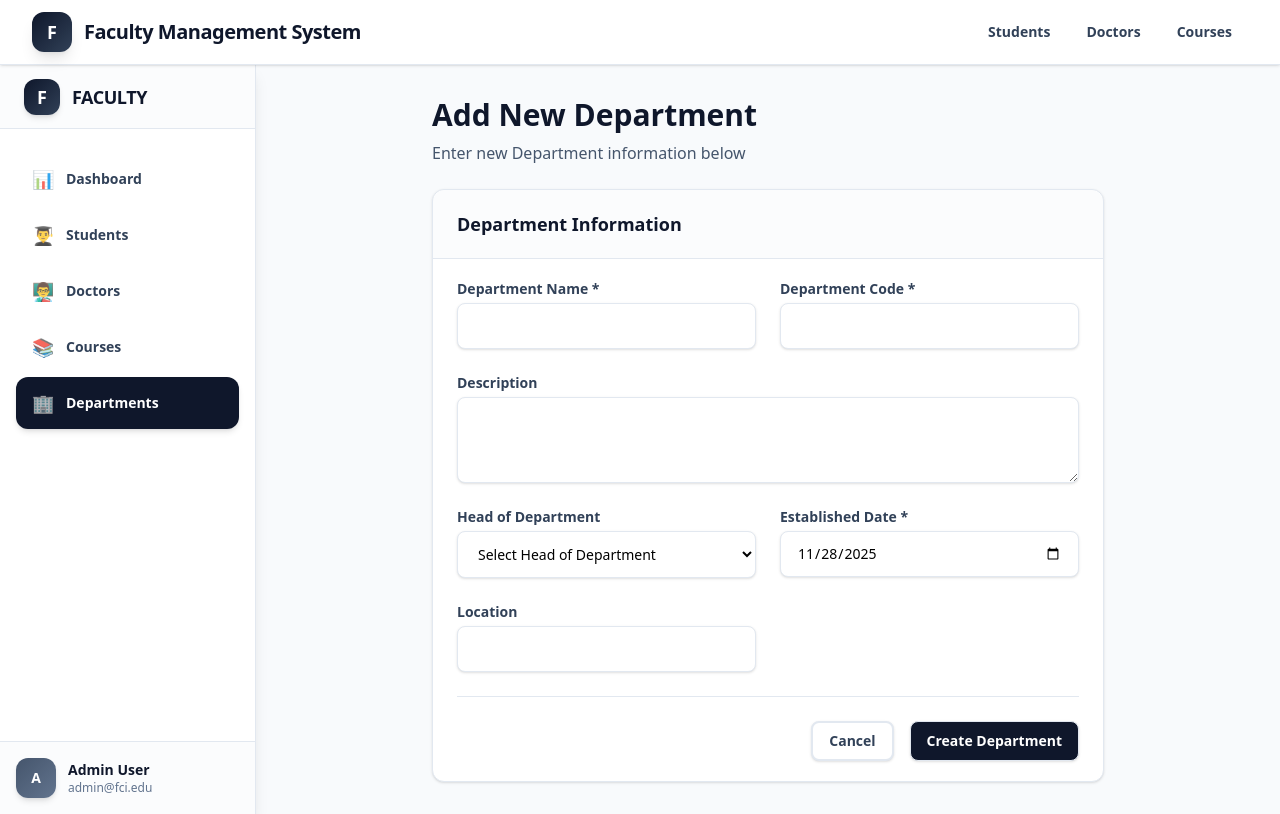
Repository: Mohamedmohsen179/Advanced-DB-Task
Page: /departments/new (app in frontend/)
These files come from the project's save history. The page is drawn as it stood at one moment and after the next save; the edit follows.
The browser window is 1280 px wide. The pictures show the whole page.
The page's requests for data from a server got no answer. The project was rebuilt for these pictures with package versions that can differ from the ones it lists, and the page was loaded fresh each time. The framework's server and built-in components were replaced by stand-ins that run in the browser. No one was signed in, and anything a server would have sent is missing. Also part of the build but not shown: frontend/next.config.ts.

Above is the page before, as saved 2025-11-29 01:30:25.

### frontend/app/layout.tsx
import type { Metadata } from "next";
import { Geist, Geist_Mono } from "next/font/google";
import "./globals.css";
import MainLayout from "../components/layout/MainLayout";

const geistSans = Geist({
  variable: "--font-geist-sans",
  subsets: ["latin"],
});

const geistMono = Geist_Mono({
  variable: "--font-geist-mono",
  subsets: ["latin"],
});

export const metadata: Metadata = {
  title: "University Management System",
  description: "A comprehensive university management system built with Next.js and TypeScript",
};

export default function RootLayout({
  children,
}: Readonly<{
  children: React.ReactNode;
}>) {
  return (
    <html lang="en">
      <body
        className={`${geistSans.variable} ${geistMono.variable} antialiased`}
      >
        <MainLayout>{children}</MainLayout>
      </body>
    </html>
  );
}

### frontend/app/departments/new/page.tsx
'use client';

import { useState, useEffect } from 'react';
import { useRouter } from 'next/navigation';
import { CreateDepartmentRequest } from '../../../types';
import { apiService } from '../../../services/api';
import { Card, CardContent, CardHeader } from '../../../components/ui/Card';
import Button from '../../../components/ui/Button';

export default function NewDepartmentPage() {
  const router = useRouter();
  const [loading, setLoading] = useState(false);
  const [error, setError] = useState<string | null>(null);
  const [doctors, setDoctors] = useState<{ id: string; firstName: string; lastName: string }[]>([]);

  const [formData, setFormData] = useState<CreateDepartmentRequest>({
    name: '',
    code: '',
    description: '',
    headOfDepartmentId: '',
    establishedDate: new Date().toISOString().split('T')[0],
    location: '',
    phoneNumber: '',
    email: '',
    website: '',
    budget: undefined,
  });

  useEffect(() => {
    loadDoctors();
  }, []);

  const loadDoctors = async () => {
    try {
      const response = await apiService.getDoctors();
      if (response.success) {
        setDoctors(response.data.map(d => ({ id: d.id, firstName: d.firstName, lastName: d.lastName })));
      }
    } catch (err) {
      console.error('Error loading doctors:', err);
    }
  };

  const handleInputChange = (e: React.ChangeEvent<HTMLInputElement | HTMLSelectElement | HTMLTextAreaElement>) => {
  };

  const handleSubmit = async (e: React.FormEvent) => {
    e.preventDefault();
    setLoading(true);
    setError(null);

    try {
      const response = await apiService.createDepartment(formData);

      if (response.success) {
        router.push('/departments');
      } else {
        setError('Failed to create the new Department');
      }
    } catch (err) {
      setError('An error occurred while creating the Department');
      console.error('Error creating Department:', err);
    } finally {
      setLoading(false);
    }
  };

  return (
    <div className="max-w-2xl mx-auto">
      <div className="mb-6">
        <h1 className="text-3xl font-bold text-slate-900">Add New Department</h1>
        <p className="mt-2 text-base text-slate-600">
          Enter new Department information below
        </p>
      </div>

      {error && (
        <div className="mb-6 bg-red-50 border border-red-200 rounded-md p-4">
          <div className="flex">
            <div className="flex-shrink-0">
              <svg className="h-5 w-5 text-red-400" viewBox="0 0 20 20" fill="currentColor">
                <path fillRule="evenodd" d="M10 18a8 8 0 100-16 8 8 0 000 16zM8.707 7.293a1 1 0 00-1.414 1.414L8.586 10l-1.293 1.293a1 1 0 101.414 1.414L10 11.414l1.293 1.293a1 1 0 001.414-1.414L11.414 10l1.293-1.293a1 1 0 00-1.414-1.414L10 8.586 8.707 7.293z" clipRule="evenodd" />
              </svg>
            </div>
            <div className="ml-3">
              <h3 className="text-sm font-medium text-red-800">Error</h3>
              <div className="mt-2 text-sm text-red-700">
                <p>{error}</p>
              </div>
            </div>
          </div>
        </div>
      )}

      <Card>
        <CardHeader>
          <h2 className="text-lg font-semibold text-slate-900">Department Information</h2>
        </CardHeader>
        <CardContent>
          <form onSubmit={handleSubmit} className="space-y-6">
            <div className="grid grid-cols-1 md:grid-cols-2 gap-6">
              <div>
                <label htmlFor="name" className="block text-sm font-semibold text-slate-700">
                  Department Name *
                </label>
                <input
                  type="text"
                  id="name"
                  name="name"
                  required
                  value={formData.name}
                  onChange={handleInputChange}
                  className="text-black mt-1 block w-full border border-slate-300 rounded-lg px-4 py-3 text-sm focus:outline-none focus:ring-2 focus:ring-slate-500 focus:border-slate-500 transition-all duration-200 bg-white shadow-sm"
                />
              </div>

              <div>
                <label htmlFor="code" className="block text-sm font-semibold text-slate-700">
                  Department Code *
                </label>
                <input
                  type="text"
                  id="code"
                  name="code"
                  required
                  value={formData.code}
                  onChange={handleInputChange}
                  className="text-black mt-1 block w-full border border-slate-300 rounded-lg px-4 py-3 text-sm focus:outline-none focus:ring-2 focus:ring-slate-500 focus:border-slate-500 transition-all duration-200 bg-white shadow-sm"
                />
              </div>

              <div className="md:col-span-2">
                <label htmlFor="description" className="block text-sm font-semibold text-slate-700">
                  Description
                </label>
                <textarea
                  id="description"
                  name="description"
                  rows={3}
                  value={formData.description}
                  onChange={handleInputChange}
                  className="text-black mt-1 block w-full border border-slate-300 rounded-lg px-4 py-3 text-sm focus:outline-none focus:ring-2 focus:ring-slate-500 focus:border-slate-500 transition-all duration-200 bg-white shadow-sm"
                />
              </div>

              <div>
                <label htmlFor="headOfDepartmentId" className="block text-sm font-semibold text-slate-700">
                  Head of Department
                </label>
                <select
                  id="headOfDepartmentId"
                  name="headOfDepartmentId"
                  value={formData.headOfDepartmentId || ''}
                  onChange={handleInputChange}
                  className="text-black mt-1 block w-full border border-slate-300 rounded-lg px-4 py-3 text-sm focus:outline-none focus:ring-2 focus:ring-slate-500 focus:border-slate-500 transition-all duration-200 bg-white shadow-sm"
                >
                  <option value="">Select Head of Department</option>
                  {doctors.map(doctor => (
                    <option key={doctor.id} value={doctor.id}>
                      Dr. {doctor.firstName} {doctor.lastName}
                    </option>
                  ))}
                </select>
              </div>

              <div>
                <label htmlFor="establishedDate" className="block text-sm font-semibold text-slate-700">
                  Established Date *
                </label>
                <input
                  type="date"
                  id="establishedDate"
                  name="establishedDate"
                  required
                  value={formData.establishedDate}
                  onChange={handleInputChange}
                  className="text-black mt-1 block w-full border border-slate-300 rounded-lg px-4 py-3 text-sm focus:outline-none focus:ring-2 focus:ring-slate-500 focus:border-slate-500 transition-all duration-200 bg-white shadow-sm"
                />
              </div>

              <div>
                <label htmlFor="location" className="block text-sm font-semibold text-slate-700">
                  Location
                </label>
                <input
                  type="text"
                  id="location"
                  name="location"
                  value={formData.location}
                  onChange={handleInputChange}
                  className="text-black mt-1 block w-full border border-slate-300 rounded-lg px-4 py-3 text-sm focus:outline-none focus:ring-2 focus:ring-slate-500 focus:border-slate-500 transition-all duration-200 bg-white shadow-sm"
                />
              </div>
            </div>

            <div className="flex justify-end space-x-4 pt-6 border-t border-slate-200">
              <Button
                type="button"
                variant="outline"
                onClick={() => router.back()}
              >
                Cancel
              </Button>
              <Button
                type="submit"
                loading={loading}
              >
                Create Department
              </Button>
            </div>
          </form>
        </CardContent>
      </Card>
    </div>
  );
}

### frontend/app/globals.css
@import "tailwindcss";

:root {
  --background: #fafafa;
  --foreground: #0f172a;
  --primary: #2563eb;
  --primary-foreground: #ffffff;
  --secondary: #f1f5f9;
  --secondary-foreground: #334155;
  --muted: #f8fafc;
  --muted-foreground: #64748b;
  --accent: #f1f5f9;
  --accent-foreground: #0f172a;
  --border: #e2e8f0;
  --input: #ffffff;
  --ring: #2563eb;
  --radius: 0.5rem;
}

@theme inline {
  --color-background: var(--background);
  --color-foreground: var(--foreground);
  --font-sans: var(--font-geist-sans);
  --font-mono: var(--font-geist-mono);
}

@media (prefers-color-scheme: dark) {
  :root {
    --background: #020617;
    --foreground: #f8fafc;
    --primary: #3b82f6;
    --primary-foreground: #f8fafc;
    --secondary: #1e293b;
    --secondary-foreground: #f8fafc;
    --muted: #1e293b;
    --muted-foreground: #94a3b8;
    --accent: #1e293b;
    --accent-foreground: #f8fafc;
    --border: #334155;
    --input: #1e293b;
    --ring: #3b82f6;
  }
}

* {
  border-color: var(--border);
}

body {
  background: var(--background);
  color: var(--foreground);
  font-family: var(--font-sans), system-ui, -apple-system, sans-serif;
  line-height: 1.6;
  -webkit-font-smoothing: antialiased;
  -moz-osx-font-smoothing: grayscale;
}

::-webkit-scrollbar {
  width: 8px;
  height: 8px;
}

::-webkit-scrollbar-track {
  background: var(--muted);
}

::-webkit-scrollbar-thumb {
  background: var(--muted-foreground);
  border-radius: 4px;
}

::-webkit-scrollbar-thumb:hover {
  background: var(--foreground);
}

/* Focus styles */
.focus-visible {
  outline: 2px solid var(--ring);
  outline-offset: 2px;
}

/* Professional shadows */
.shadow-professional {
  box-shadow: 0 1px 3px 0 rgb(0 0 0 / 0.1), 0 1px 2px -1px rgb(0 0 0 / 0.1);
}

.shadow-professional-lg {
  box-shadow: 0 10px 15px -3px rgb(0 0 0 / 0.1), 0 4px 6px -4px rgb(0 0 0 / 0.1);
}

### frontend/components/layout/MainLayout.tsx
'use client';

import { useState } from 'react';
import Navbar from './Navbar';
import Sidebar from './Sidebar';

interface MainLayoutProps {
  children: React.ReactNode;
}

export default function MainLayout({ children }: MainLayoutProps) {
  const [sidebarOpen, setSidebarOpen] = useState(false);

  return (
    <div className="min-h-screen bg-slate-50">
      <Navbar />

      <div className="flex">
        <Sidebar
          isOpen={sidebarOpen}
          onClose={() => setSidebarOpen(false)}
        />

        <div className="flex-1 lg:ml-0">
          <div className="lg:hidden">
            <button
              onClick={() => setSidebarOpen(true)}
              className="fixed top-20 left-4 z-10 bg-white p-3 rounded-xl shadow-professional border border-slate-200 hover:shadow-professional-lg transition-all duration-200"
            >
              <svg className="w-5 h-5 text-slate-600" fill="none" stroke="currentColor" viewBox="0 0 24 24">
                <path strokeLinecap="round" strokeLinejoin="round" strokeWidth={2} d="M4 6h16M4 12h16M4 18h16" />
              </svg>
            </button>
          </div>

          <main className="p-6 lg:p-8">
            <div className="max-w-7xl mx-auto">
              {children}
            </div>
          </main>
        </div>
      </div>
    </div>
  );
}

### frontend/components/ui/Card.tsx
import { HTMLAttributes, forwardRef } from 'react';

interface CardProps extends HTMLAttributes<HTMLDivElement> {
  children: React.ReactNode;
}

const Card = forwardRef<HTMLDivElement, CardProps>(
  ({ className = '', children, ...props }, ref) => {
    return (
      <div
        ref={ref}
        className={`bg-white rounded-xl border border-slate-200 shadow-professional hover:shadow-professional-lg transition-shadow duration-200 ${className}`}
        {...props}
      >
        {children}
      </div>
    );
  }
);

Card.displayName = 'Card';

interface CardHeaderProps extends HTMLAttributes<HTMLDivElement> {
  children: React.ReactNode;
}

const CardHeader = forwardRef<HTMLDivElement, CardHeaderProps>(
  ({ className = '', children, ...props }, ref) => {
    return (
      <div
        ref={ref}
        className={`px-6 py-5 border-b border-slate-200 bg-slate-50/50 rounded-t-xl ${className}`}
        {...props}
      >
        {children}
      </div>
    );
  }
);

CardHeader.displayName = 'CardHeader';

interface CardContentProps extends HTMLAttributes<HTMLDivElement> {
  children: React.ReactNode;
}

const CardContent = forwardRef<HTMLDivElement, CardContentProps>(
  ({ className = '', children, ...props }, ref) => {
    return (
      <div
        ref={ref}
        className={`px-6 py-5 ${className}`}
        {...props}
      >
        {children}
      </div>
    );
  }
);

CardContent.displayName = 'CardContent';

interface CardFooterProps extends HTMLAttributes<HTMLDivElement> {
  children: React.ReactNode;
}

const CardFooter = forwardRef<HTMLDivElement, CardFooterProps>(
  ({ className = '', children, ...props }, ref) => {
    return (
      <div
        ref={ref}
        className={`px-6 py-5 border-t border-slate-200 bg-slate-50 rounded-b-xl ${className}`}
        {...props}
      >
        {children}
      </div>
    );
  }
);

CardFooter.displayName = 'CardFooter';

export { Card, CardHeader, CardContent, CardFooter };

### frontend/components/ui/Button.tsx
import { ButtonHTMLAttributes, forwardRef } from 'react';

interface ButtonProps extends ButtonHTMLAttributes<HTMLButtonElement> {
  variant?: 'primary' | 'secondary' | 'danger' | 'outline';
  size?: 'sm' | 'md' | 'lg';
  loading?: boolean;
}

const Button = forwardRef<HTMLButtonElement, ButtonProps>(
  ({ className = '', variant = 'primary', size = 'md', loading = false, children, disabled, ...props }, ref) => {
    const baseClasses = 'inline-flex items-center justify-center font-semibold rounded-lg transition-all duration-200 focus:outline-none focus:ring-2 focus:ring-offset-2 disabled:opacity-50 disabled:cursor-not-allowed shadow-sm hover:shadow-md active:scale-[0.98]';

    const variantClasses = {
      primary: 'bg-slate-900 text-white hover:bg-slate-800 focus:ring-slate-500 border border-slate-900',
      secondary: 'bg-slate-100 text-slate-900 hover:bg-slate-200 focus:ring-slate-500 border border-slate-200',
      danger: 'bg-red-600 text-white hover:bg-red-700 focus:ring-red-500 border border-red-600',
      outline: 'border-2 border-slate-300 text-slate-700 bg-white hover:bg-slate-50 hover:border-slate-400 focus:ring-slate-500',
    };

    const sizeClasses = {
      sm: 'px-3 py-2 text-sm h-9',
      md: 'px-4 py-2.5 text-sm h-10',
      lg: 'px-6 py-3 text-base h-12',
    };

    return (
      <button
        ref={ref}
        className={`${baseClasses} ${variantClasses[variant]} ${sizeClasses[size]} ${className}`}
        disabled={disabled || loading}
        {...props}
      >
        {loading && (
          <svg className="animate-spin -ml-1 mr-2 h-4 w-4" fill="none" viewBox="0 0 24 24">
            <circle className="opacity-25" cx="12" cy="12" r="10" stroke="currentColor" strokeWidth="4" />
            <path className="opacity-75" fill="currentColor" d="M4 12a8 8 0 018-8V0C5.373 0 0 5.373 0 12h4zm2 5.291A7.962 7.962 0 014 12H0c0 3.042 1.135 5.824 3 7.938l3-2.647z" />
          </svg>
        )}
        {children}
      </button>
    );
  }
);

Button.displayName = 'Button';

export default Button;

### frontend/components/layout/Navbar.tsx
'use client';

import Link from 'next/link';
import { useState } from 'react';

export default function Navbar() {
  const [isMenuOpen, setIsMenuOpen] = useState(false);

  return (
    <nav className="bg-white shadow-professional border-b border-slate-200 sticky top-0 z-50 backdrop-blur-sm bg-white">
      <div className="max-w-7xl mx-auto px-4 sm:px-6 lg:px-8">
        <div className="flex justify-between h-16">
          <div className="flex items-center">
            <Link href="/" className="flex-shrink-0 flex items-center group">
              <div className="h-10 w-10 bg-gradient-to-br from-slate-900 to-slate-700 rounded-xl flex items-center justify-center shadow-lg group-hover:shadow-xl transition-all duration-200">
                <span className="text-white font-bold text-lg">F</span>
              </div>
              <span className="ml-3 text-xl font-bold text-slate-900 tracking-tight">
                Faculty Management System
              </span>
            </Link>
          </div>

          <div className="hidden md:flex items-center space-x-1">
            <Link
              href="/students"
              className="text-slate-700 hover:text-slate-900 hover:bg-slate-100 px-4 py-2.5 rounded-lg text-sm font-semibold transition-all duration-200"
            >
              Students
            </Link>

            <Link
              href="/doctors"
              className="text-slate-700 hover:text-slate-900 hover:bg-slate-100 px-4 py-2.5 rounded-lg text-sm font-semibold transition-all duration-200"
            >
              Doctors
            </Link>
            <Link
              href="/courses"
              className="text-slate-700 hover:text-slate-900 hover:bg-slate-100 px-4 py-2.5 rounded-lg text-sm font-semibold transition-all duration-200"
            >
              Courses
            </Link>
          </div>

          {/* Mobile menu button */}
          <div className="md:hidden flex items-center">
            <button
              onClick={() => setIsMenuOpen(!isMenuOpen)}
              className="text-slate-700 hover:text-slate-900 hover:bg-slate-100 p-2 rounded-lg focus:outline-none focus:ring-2 focus:ring-slate-500 transition-all duration-200"
            >
              <svg className="h-6 w-6" fill="none" viewBox="0 0 24 24" stroke="currentColor">
                {isMenuOpen ? (
                  <path strokeLinecap="round" strokeLinejoin="round" strokeWidth={2} d="M6 18L18 6M6 6l12 12" />
                ) : (
                  <path strokeLinecap="round" strokeLinejoin="round" strokeWidth={2} d="M4 6h16M4 12h16M4 18h16" />
                )}
              </svg>
            </button>
          </div>
        </div>

        {/* Mobile Navigation */}
        {isMenuOpen && (
          <div className="md:hidden">
            <div className="px-4 pt-4 pb-4 space-y-2 border-t border-slate-200 bg-slate-50/50">
              <Link
                href="/students"
                className="text-slate-700 hover:text-slate-900 hover:bg-white block px-4 py-3 rounded-lg text-base font-semibold transition-all duration-200"
                onClick={() => setIsMenuOpen(false)}
              >
                Students
              </Link>
              <Link
                href="/doctors"
                className="text-slate-700 hover:text-slate-900 hover:bg-white block px-4 py-3 rounded-lg text-base font-semibold transition-all duration-200"
                onClick={() => setIsMenuOpen(false)}
              >
                Doctors
              </Link>
              <Link
                href="/courses"
                className="text-slate-700 hover:text-slate-900 hover:bg-white block px-4 py-3 rounded-lg text-base font-semibold transition-all duration-200"
                onClick={() => setIsMenuOpen(false)}
              >
                Courses
              </Link>

            </div>
          </div>
        )}
      </div>
    </nav>
  );
}

Loaded but not shown: frontend/services/api.ts (635 lines, source omitted); frontend/components/layout/Sidebar.tsx (152 lines, source omitted)

After the next save:
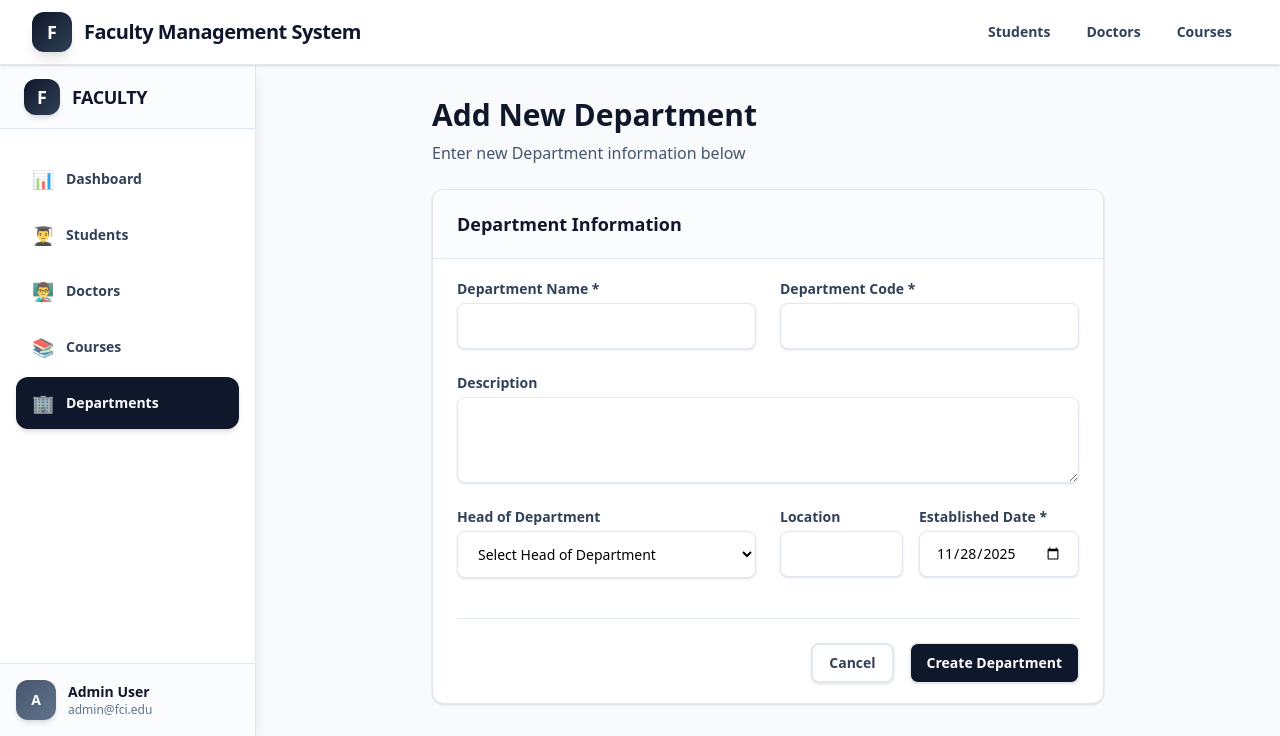
Saved 68 s later.
--- a/frontend/app/departments/new/page.tsx
+++ b/frontend/app/departments/new/page.tsx
@@ -143,7 +143,8 @@ export default function NewDepartmentPage() {
                 />
               </div>
 
-              <div>
+              {/* Head of Department - full width row */}
+              <div className="mb-4">
                 <label htmlFor="headOfDepartmentId" className="block text-sm font-semibold text-slate-700">
                   Head of Department
                 </label>
@@ -163,34 +164,38 @@ export default function NewDepartmentPage() {
                 </select>
               </div>
 
-              <div>
-                <label htmlFor="establishedDate" className="block text-sm font-semibold text-slate-700">
-                  Established Date *
-                </label>
-                <input
-                  type="date"
-                  id="establishedDate"
-                  name="establishedDate"
-                  required
-                  value={formData.establishedDate}
-                  onChange={handleInputChange}
-                  className="text-black mt-1 block w-full border border-slate-300 rounded-lg px-4 py-3 text-sm focus:outline-none focus:ring-2 focus:ring-slate-500 focus:border-slate-500 transition-all duration-200 bg-white shadow-sm"
-                />
-              </div>
-
-              <div>
-                <label htmlFor="location" className="block text-sm font-semibold text-slate-700">
-                  Location
-                </label>
-                <input
-                  type="text"
-                  id="location"
-                  name="location"
-                  value={formData.location}
-                  onChange={handleInputChange}
-                  className="text-black mt-1 block w-full border border-slate-300 rounded-lg px-4 py-3 text-sm focus:outline-none focus:ring-2 focus:ring-slate-500 focus:border-slate-500 transition-all duration-200 bg-white shadow-sm"
-                />
-              </div>
+              {/* Location and Established Date - same row */}
+              <div className="flex gap-4 mb-4">
+                <div className="flex-1">
+                  <label htmlFor="location" className="block text-sm font-semibold text-slate-700">
+                    Location
+                  </label>
+                  <input
+                    type="text"
+                    id="location"
+                    name="location"
+                    value={formData.location}
+                    onChange={handleInputChange}
+                    className="text-black mt-1 block w-full border border-slate-300 rounded-lg px-4 py-3 text-sm focus:outline-none focus:ring-2 focus:ring-slate-500 focus:border-slate-500 transition-all duration-200 bg-white shadow-sm"
+                  />
+                </div>
+
+                <div className="flex-1">
+                  <label htmlFor="establishedDate" className="block text-sm font-semibold text-slate-700">
+                    Established Date *
+                  </label>
+                  <input
+                    type="date"
+                    id="establishedDate"
+                    name="establishedDate"
+                    required
+                    value={formData.establishedDate}
+                    onChange={handleInputChange}
+                    className="text-black mt-1 block w-full border border-slate-300 rounded-lg px-4 py-3 text-sm focus:outline-none focus:ring-2 focus:ring-slate-500 focus:border-slate-500 transition-all duration-200 bg-white shadow-sm"
+                  />
+                </div>
+              </div>
+
             </div>
 
             <div className="flex justify-end space-x-4 pt-6 border-t border-slate-200">
